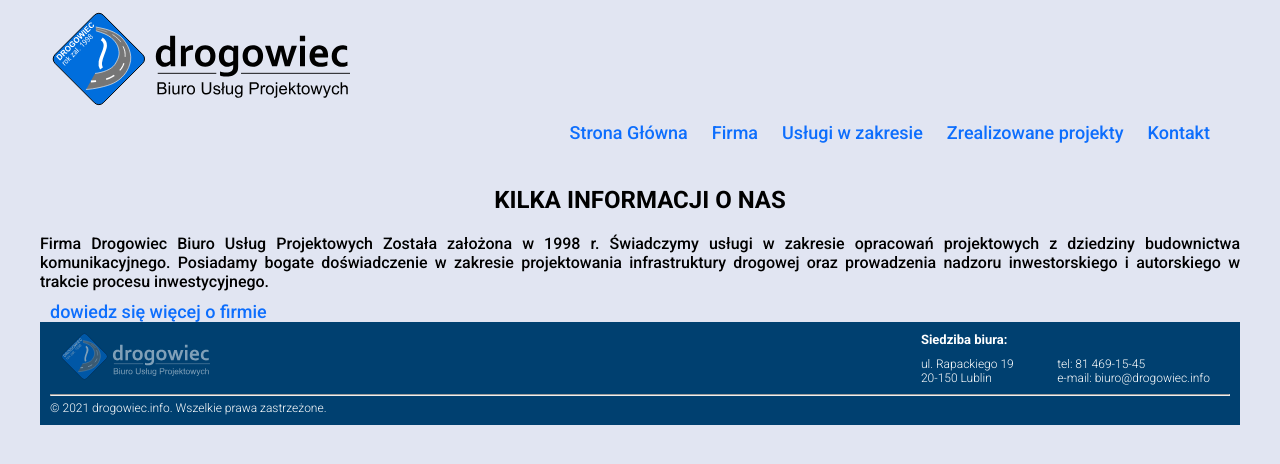
Repository: AdamBodzak/WTF_v2
Page: index.html
These files come from the project's save history. The page is drawn as it stood at one moment and after the next save; the edit follows.
The browser window is 1280 px wide. The pictures show the whole page.
The pointer rests on the first visible `#buttonSection`.

Above is the page before, as saved 2021-01-09 16:53:50.

After the next save:
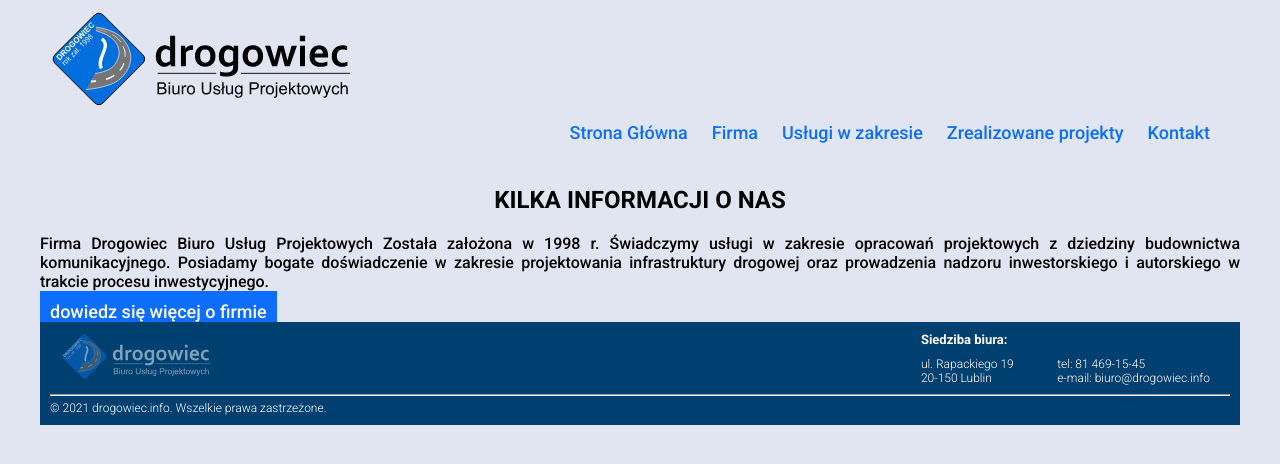
Saved 58 s later.
--- a/style.css
+++ b/style.css
@@ -59,6 +59,11 @@
     padding: 10px;
 }
 
+#buttonSection:hover {
+    color: #FFF;
+    background-color:#0d6efd;
+}
+
 #logoFooter {
     width: 150px;
     opacity: 0.5;
